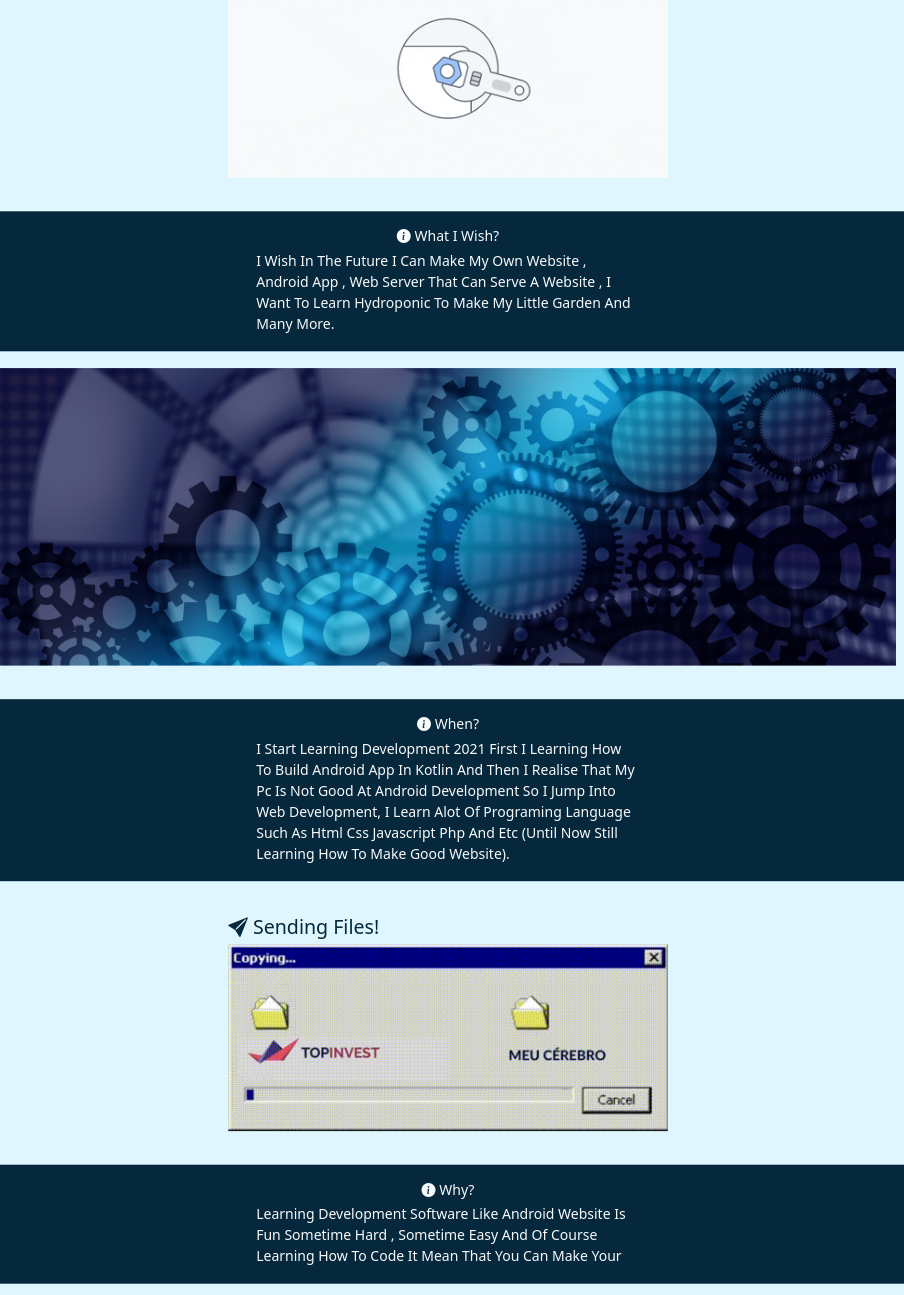
Repository: initer3737/initer3737.github.io
Page: index.html
The author's editor kept a copy of each file at every save. The page is drawn from the files as they stood at one save, then again after the next save.
The browser window is 1280 px wide. The page is 1292 px wide, so the pictures cover 1292 px, including what lies to the right of the window. The pictures show the part of the page from y = 2437 to 4317 px (the page is 4287 px tall before and 4317 px after), at 70% of full size.
Some web libraries are served in a nearby version.

Above is the page before, as saved 2022-06-12 23:17:20.
Console error: TypeError: Cannot set properties of null (setting 'innerHTML')

### index.html
<!DOCTYPE html>
<html lang="en">
<head>
    <meta charset="UTF-8">
    <meta http-equiv="X-UA-Compatible" content="IE=edge">
    <meta name="viewport" content="width=device-width, initial-scale=1.0">
    <title>puthut wahyu aji</title>
    <link href="https://cdn.jsdelivr.net/npm/bootstrap@5.0.2/dist/css/bootstrap.min.css" rel="stylesheet" integrity="sha384-EVSTQN3/azprG1Anm3QDgpJLIm9Nao0Yz1ztcQTwFspd3yD65VohhpuuCOmLASjC" crossorigin="anonymous">
    <script src="https://kit.fontawesome.com/7bb1ae10af.js" crossorigin="anonymous"></script>
<!-- bootstrap icon -->
<link rel="stylesheet" href="https://cdn.jsdelivr.net/npm/bootstrap-icons@1.8.3/font/bootstrap-icons.css">

    <link rel="stylesheet" href="css/style.css">
</head>
<body class="bg-1">
    <header class=" bg-1">
         <img src="img/banner-982162_1920.jpg" alt="" class="img-fluid w-100" srcset="">
    </header>
    <div class="container bg-light shadow rounded  d-flex flex-column gap-4 justify-content-center align-content-center align-items-center p-2">
        <div class="row d-flex align-content-center align-items-center">
            <div class="col-12">
               <div class="bg-primary text-capitalize d-flex justify-content-start">
                <p id="fulldate" class="h4 text-light p-2"></p>
               </div>
            </div>
            <div class="col-10 col-md-5 col-lg-4">
               <div class="card shadow m-2 p-1 position-relative">
                <video src="img/Earth - 4788.mp4" loop muted autoplay class="w-100 rounded-pill py-5 px-2"></video>
                <div class="filter2"></div>
               </div>
            </div>
            <div class="col-10 col-md-9 col-lg-8">
               <h5 class="text-capitalize"><i class="bi bi-medium"></i> social media.</h5>
               <div class="d-flex flex-row align-content-center align-items-center gap-3">
                <div class="d-flex flex-column fs-4">
                    <a href="https://www.instagram.com/puthutwahyuaji/" target="_blank" class="text-capitalize"><i class="fa-brands fa-instagram"></i> instagram</a>
                    <!-- <a href="https://www.facebook.com/puthut.wahyuaji.94/" target="_blank" class="text-capitalize"><i class="fa-brands fa-facebook"></i> facebook</a>
                    <a href="https://twitter.com/puthut_wahkyu" target="_blank" class="text-capitalize"><i class="fa-brands fa-twitter"></i> twitter</a> -->
                    <!-- <a href="https://www.sololearn.com/profile/22926925" target="_blank" class="text-capitalize"><i class="fa-solid fa-globe"></i> sololearn</a> -->
                    <!-- <a href="https://www.duolingo.com/profile/PUTHUTWAHY" target="_blank" class="text-capitalize"><i class="fa-solid fa-globe"></i> duolingo</a> -->
                    <a href="https://github.com/initer3737" target="_blank" class="text-capitalize"><i class="fa-brands fa-github"></i> github</a>
                </div>
                <div class=""><a href="game.html" class="btn btn-outline-primary rounded-pill px-5 py-2"><i class="bi bi-controller"></i> Game</a></div>
            </div>
            </div>
        </div>
    </div>
    <!-- https://www.fiverr.com/share/lYqN8j -->
    <div class="container bg-light shadow mt-5 d-flex flex-column gap-1 justify-content-center align-content-center align-items-center p-2">
        <h5><i class="fa-solid fa-briefcase"></i> framework.</h5>
            <h3><i class="fa-brands fa-laravel text-danger"></i> laravel</h3>
            <h3><i class="fa-brands fa-bootstrap text-primary"></i> bootstrap 5</h3>
        </div>
    </div>

    <div class="container bg-light shadow mt-5 d-flex flex-column  justify-content-center align-content-center align-items-center p-2">
        <h5><i class="bi bi-code-slash"></i> language.</h5>
            <h3><i class="fa-brands fa-php php"></i> php</h3>
            <h3><i class="fa-brands fa-js-square javascript"></i> javascript</h3>
            <h3><i class="fa-solid fa-database mysql"></i> mysql</h3>
            <h3><i class="fa-brands fa-html5 html"></i> html 5</h3>
            <h3><i class="fa-brands fa-css3-alt css"></i> css</h3>
        </div>

        <!-- <div class="container bg-light shadow mt-5 d-flex flex-column  justify-content-center align-content-center align-items-center p-2">
            <h5 class="capitalize">Hire me on.</h5>
            <div class="d-flex flex-column fs-4">
                <a href="https://www.upwork.com/workwith/puthutwahyuaji" target="_blank"><i class="fa-solid fa-briefcase"></i> upwork.com</a>
                <a href="https://www.fiverr.com/share/lYqN8j" target="_blank"><i class="fa-solid fa-briefcase"></i> fiver.com</a>
            </div>
            </div> -->

    </div>

    <div class="container bg-light shadow mt-5 d-flex flex-column gap-1 justify-content-center align-content-center align-items-center p-2">
        <h5><i class="bi bi-info-circle"></i> information.</h5>
        <div class="fs-4 d-flex gap-3">
            <a href="https://initer3737.github.io/course/html/pages/course.html" target="_blank"><i class="fa-solid fa-globe"></i> website</a>
            <a href="https://www.youtube.com/channel/UClsfa0LkA3_YMsFjW1M__sw" target="_blank"><i class="fa-brands fa-youtube"></i> youtube</a>
        </div>
    </div>

    <footer class="mt-3 text-light">
       <div class="row">
        <div class="col-12">
            <div class="col-12 mt-5 m-auto bg-4 text-light px-2 py-4">
                <div class="text-center fw-bolder"><h5><i class="bi bi-info-circle-fill"></i> about</h5></div>
                <div class="text-start fs-5 px-5 col-12 col-md-6 m-auto">
                   hello you can find me on instagram and also you can see my github repository
                </div>
              </div>
            <img src="img/banner-909710_1920.jpg" class="img-fluid w-100 mt-3" alt="">
           </div>
           <div class="col-12 mt-5 m-auto bg-4 text-light px-2 py-4">
             <div class="text-center "><h5><i class="bi bi-info-circle-fill"></i> what will i do?</h5></div>
             <div class="text-start fs-5 px-5 col-12 col-md-6 m-auto">
                i will improve my skill in order to make a better website.
             </div>
           </div>
           <div class="col-6 mt-5 m-auto">
            <div class="d-flex flex-row flex-wrap">
                <h3 class="color-4"><i class="bi bi-dash-circle-fill"></i> INTERNAL SERVER ERROR!</h3>
                <img src="img/giphy.gif" class="img-fluid w-100" alt="">
            </div>
           </div>
           <div class="col-12 mt-5 m-auto bg-4 text-light px-2 py-4">
            <div class="text-center "><h5><i class="bi bi-info-circle-fill"></i> what i wish?</h5></div>
            <div class="text-start fs-5 px-5 col-12 col-md-6 m-auto">
               i wish in the future i can make my own website , android app , web server that can serve a website , i want to learn hydroponic to make my little garden and many more.
            </div>
          </div>
           <div class="col-12 mt-4">
            <img src="img/gears-1311171_1920.jpg" class="img-fluid w-100" alt="">
           </div>
           <div class="col-12 mt-5 m-auto bg-4 text-light px-2 py-4">
            <div class="text-center "><h5><i class="bi bi-info-circle-fill"></i> when?</h5></div>
            <div class="text-start fs-5 px-5 col-12 col-md-6 m-auto">
               i start learning development 2021 first i learning how to build android app in kotlin
               and then i realise that my pc is not good at android development so i jump into web development, i learn alot of programing language such as html css javascript php  and etc (until now still learning how to make good website).
            </div>
          </div>
           <div class="col-6 mt-5 m-auto">
            <div class="d-flex flex-row flex-wrap">
                <h3 class="color-4"><i class="bi bi-send-fill"></i> sending files!</h3>
                <img src="img/giphy (1).gif" class="img-fluid w-100" alt="">
            </div>
           </div>
           <div class="col-12 mt-5 m-auto bg-4 text-light mb-3 px-2 py-4">
            <div class="text-center "><h5><i class="bi bi-info-circle-fill"></i> why?</h5></div>
            <div class="text-start fs-5 px-5 col-12 col-md-6  m-auto">
               learning development software like android website is fun
               sometime hard , sometime easy and of course learning how to code
                it mean that you can make your
            </div>
          </div>
       </div>
    </footer>
    <script src="https://cdn.jsdelivr.net/npm/bootstrap@5.0.2/dist/js/bootstrap.bundle.min.js" integrity="sha384-MrcW6ZMFYlzcLA8Nl+NtUVF0sA7MsXsP1UyJoMp4YLEuNSfAP+JcXn/tWtIaxVXM" crossorigin="anonymous"></script>
</body>
</html>

<script>
    function Years() {
        $date=new Date();
        let t=document.getElementById('year');
        t.innerHTML=`${$date.getFullYear()} - ${$date.getFullYear()+5}`;
    }
    function Jam(){
        let T=document.getElementById('jam');
        let time=new Date();let hour;let minuets;let second;let statusTime;
        hour=validateTime(time.getHours());minuets=validateTime(time.getMinutes());second=validateTime(time.getSeconds());statusTime=()=>{
            if(hour > 00 &&hour < 11 ){
                status="pagi";
            }else if(hour >11 && hour < 15){
                status="siang";
            }else if(hour > 15 && hour < 18 ){
                status="sore";
            }else{
                status="malam";
            }

            return status;
        };
        T.innerHTML=`${hour}:${minuets}:${second} : ${statusTime()}`;
        setTimeout('Jam()',1000);
    }
    function Tanggal(){
        let t=document.getElementById("fulldate");
        let time=new Date();
        let hari;let bulan;let tanggal;let tahun;let hariAngka=time.getDate();
        tahun=time.getFullYear();bulan=time.getMonth();hari=time.getDay();
        let data={
            hari:["minggu","senin","selasa","rabu","kamis","jum'at","sabtu"],
            bulan:["januari","february","maret","april","mei","juni","juli","agustus","september","oktober","november","desember"]
        };
         t.innerHTML=`${data.hari[hari]}  ${hariAngka}  ${data.bulan[bulan]}  ${tahun}`;
    }
    const validateTime=(T)=>T<10 ?'0'+T:T;

    const initialize=()=>{
                Tanggal();
                Years();
                Jam();
            }

            initialize();
</script>

### css/style.css
*{
    text-transform: capitalize;
   cursor: url(https://ani.cursors-4u.net/cursors/cur-13/cur1162.ani), url(https://ani.cursors-4u.net/cursors/cur-13/cur1162.png), auto !important;
}
body{
    cursor: url('img/cursor.jpeg'),auto;
    /* background-color: #ddd; */
}
a:hover{
    transition:ease-in-out 0.5s;
    color: blueviolet;
    text-decoration: none;
}
.css{
    color: dodgerblue;
    background-color:white ;
}
.html{
    color: orange;
    background-color: white;
}
.mysql{
    background-color:white ;
    color: blue;
}
.javascript{
    background-color:rgb(51, 51, 9) ;
    color: yellow;
}
.php{
    background-color:indigo ;
    color: white;
}
header{
    /* height: 90vh; */
    display: flex;
    align-items: center;
    align-content: center;
    justify-content: center;
}
.filter{
    background-color: dodgerblue;
    opacity: 0.6;
    height: 100%;
    top: 0;
    width: 100%;
    position: absolute;
}
.text-container{
    z-index: 999;
}
.card:hover{
    /* border-color: dodgerblue; */
    background-color: dodgerblue;
    transform: perspective(12px);
    cursor: pointer;
}
.gambar{
    background-image: #000;
}

/*color pallete*/
.color-1{
    color:#DFF6FF;
}
.bg-1{
    background-color:#DFF6FF;
}

.color-2{
    color:#47B5FF;
}
.bg-2{
    background-color:#47B5FF;
}

.color-3{
    color:#1363DF;
}
.bg-3{
    background-color:#1363DF;
}

.color-4{
    color:#06283D;
}
.bg-4{
    background-color:#06283D;
}

After the next save:
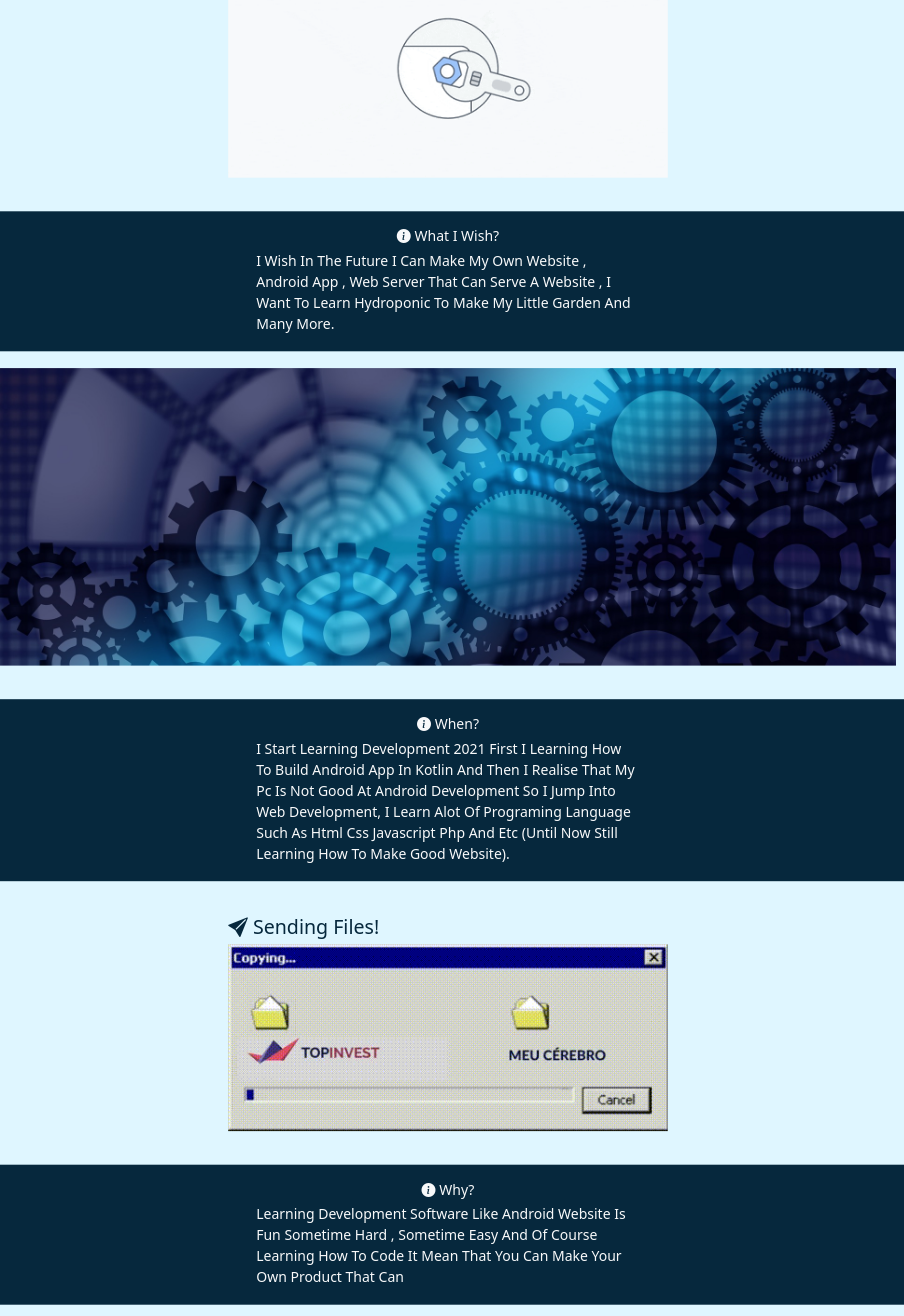
Saved 7 s later.
--- a/index.html
+++ b/index.html
@@ -130,7 +130,7 @@
             <div class="text-start fs-5 px-5 col-12 col-md-6  m-auto">
                learning development software like android website is fun
                sometime hard , sometime easy and of course learning how to code
-                it mean that you can make your
+                it mean that you can make your own product that can
             </div>
           </div>
        </div>
